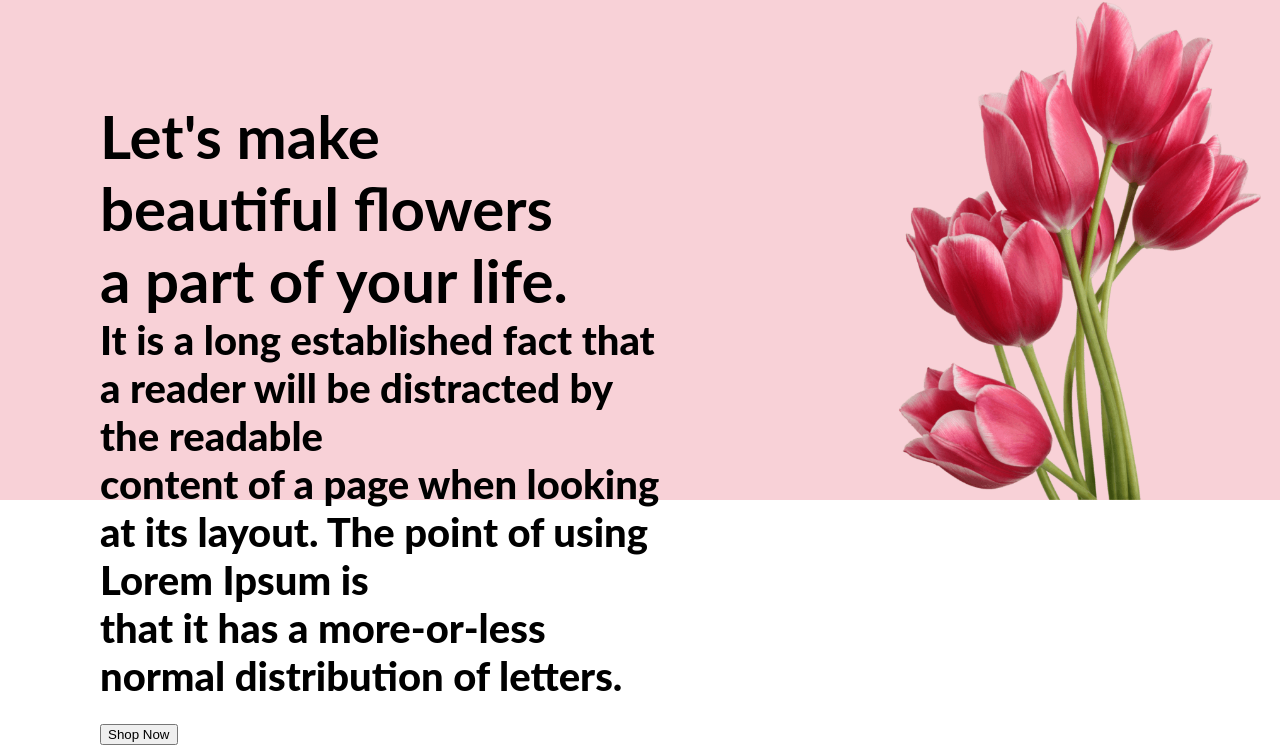
Repository: sadiaafsana138/Flower-Shop_Responsive
Page: index.html
These files come from the project's save history. The page is drawn as it stood at one moment and after the next save; the edit follows.
The browser window is 1280 px wide. The pictures show the whole page.

Above is the page before, as saved 2023-08-30 02:27:57.

After the next save:
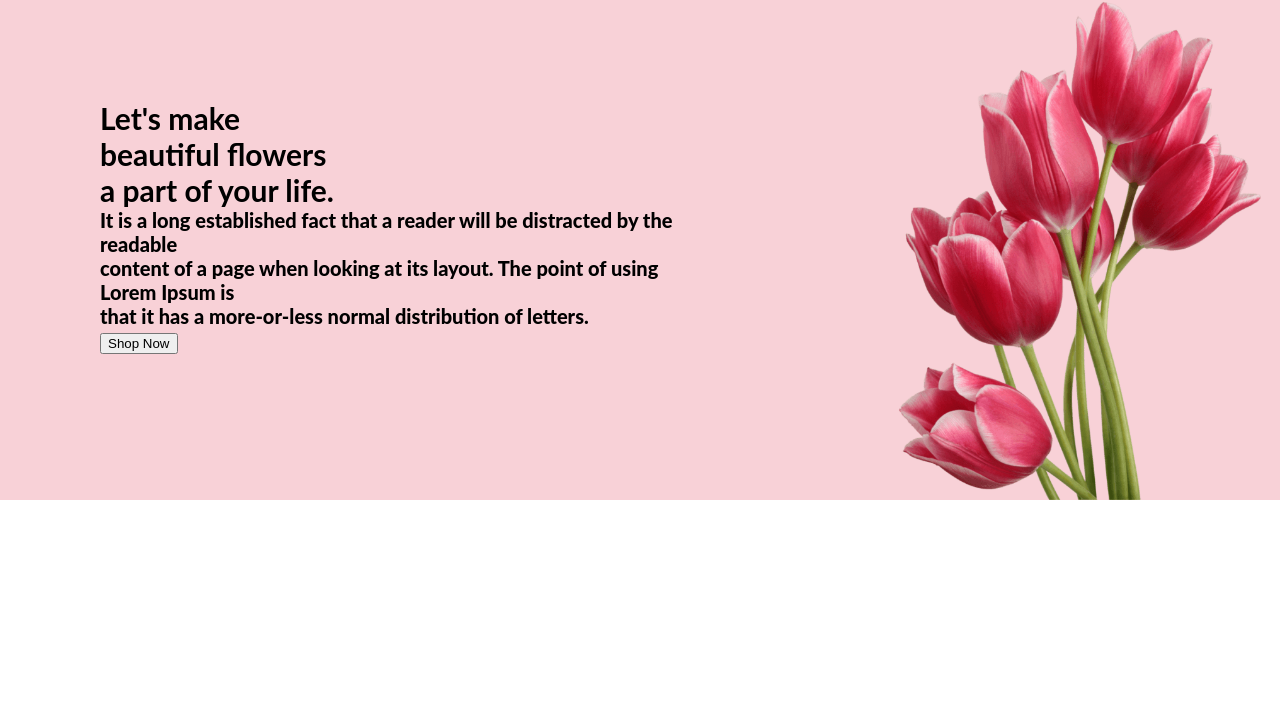
Saved 8 s later.
--- a/Flower.css
+++ b/Flower.css
@@ -10,7 +10,7 @@
 #HeaderText{
     padding: 100px 200px 100px 100px;
     font-family: Lato;
-    font-size: 40px;
+    font-size: 20px;
     font-style: normal;
     font-weight: 800;
 
